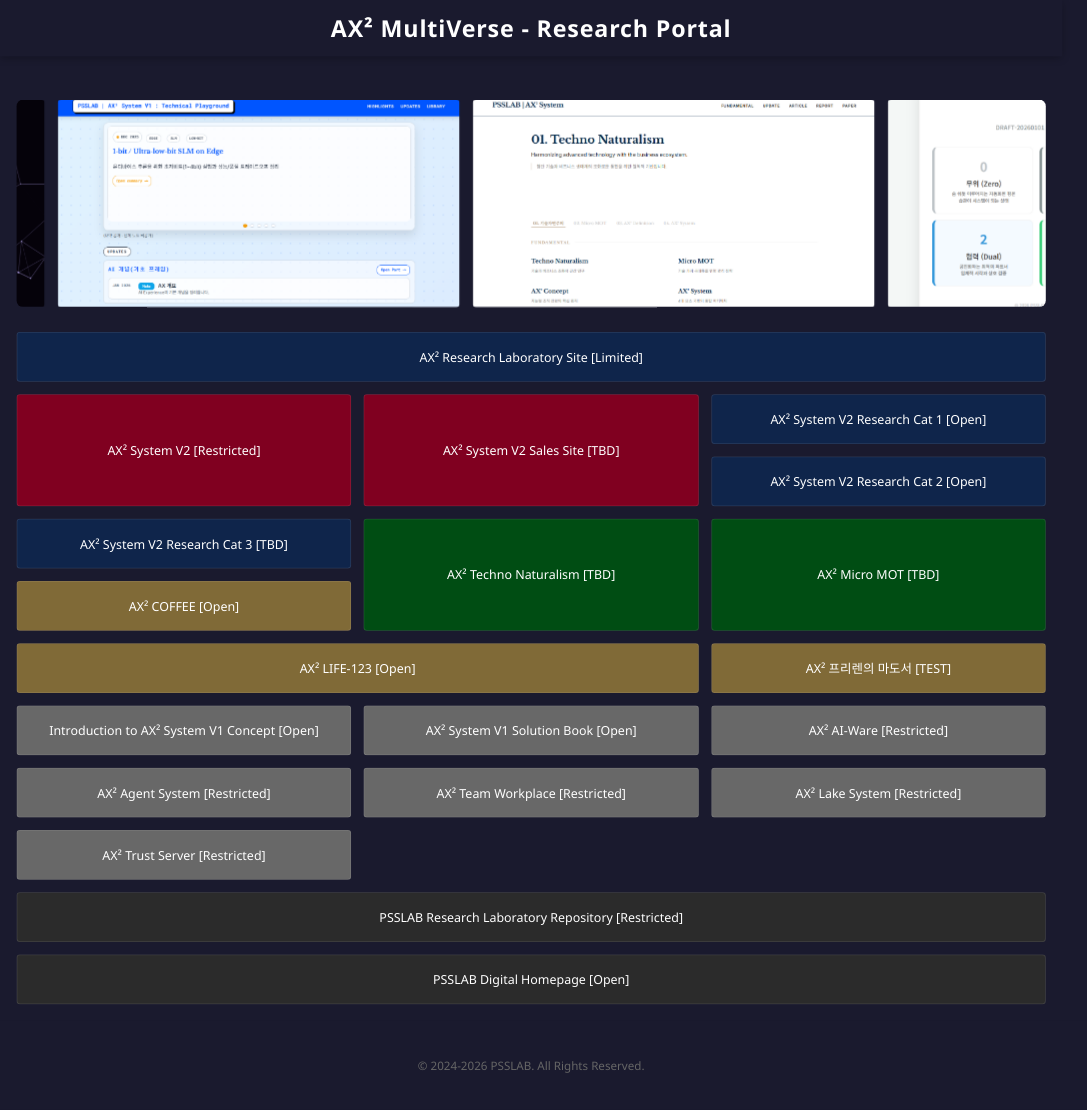
Repository: hycse89/PSSLAB_OpenSite
Page: psslab_multiverse_v3.html
The author's editor kept a copy of each file at every save. The page is drawn from the files as they stood at one save, then again after the next save.
The browser window is 1280 px wide. The page is 1310 px wide, so the pictures cover 1310 px, including what lies to the right of the window. The pictures show the whole page, at 83% of full size.

Above is the page before, as saved 2026-01-11 22:33:56.

### psslab_multiverse_v3.html
<!DOCTYPE html>
<html lang="en">
<head>
    <meta charset="UTF-8">
    <meta name="viewport" content="width=device-width, initial-scale=1.0">
    <title>PSSLAB MultiVerse Campus - Mondrian Edition</title>

    <link rel="icon" type="image/png" href="favicon.png">

    <style>
        /* General Page Styles */
        body {
            margin: 0;
            background-color: #1a1a2e;
            font-family: 'Segoe UI', Arial, sans-serif;
            display: flex;
            flex-direction: column;
            align-items: center;
            min-height: 100vh;
            color: #ffffff;
        }

        /* Fixed Header */
        .header {
            position: fixed;
            top: 0;
            left: 0;
            width: 100%;
            background-color: #1a1a2e;
            color: #ffffff;
            z-index: 1000;
            padding: 15px 0;
            box-shadow: 0 2px 10px rgba(0,0,0,0.3);
        }

        .header h1 {
            font-size: 28px;
            margin: 0;
            text-align: center;
            letter-spacing: 1px;
        }

        /* Main content container */
        .main-content {
            margin-top: 100px;
            width: 100%;
            max-width: 1400px;
            display: flex;
            flex-direction: column;
            align-items: center;
            padding: 20px;
            box-sizing: border-box;
        }

        /* Image Slider Container */
        .slider-container {
            width: 100%;
            overflow: hidden;
            margin-bottom: 30px;
            border-radius: 8px;
        }

        .slider-wrapper {
            display: flex;
            width: calc(500px * 13);
            animation: scroll 60s linear infinite;
        }

        .slider-image {
            width: 500px;
            height: 250px;
            flex-shrink: 0;
            padding: 0 8px;
            box-sizing: border-box;
        }

        .slider-image img {
            width: 100%;
            height: 100%;
            object-fit: cover;
            border-radius: 4px;
        }

        @keyframes scroll {
            0% { transform: translateX(0); }
            100% { transform: translateX(calc(-500px * 11)); }
        }

        /* --- Mondrian Grid Layout System --- */
        .link-container {
            display: grid;
            /* 최소 너비 350px 확보 */
            grid-template-columns: repeat(auto-fill, minmax(350px, 1fr));
            /* 60px 단위의 눈금 설정 */
            grid-auto-rows: 60px;
            gap: 15px;
            width: 100%;
            /* 빈 공간을 최적으로 메워주는 설정 */
            grid-auto-flow: dense;
        }

        /* Link Button Base Style */
        .link-button {
            display: flex;
            align-items: center;
            justify-content: center;
            padding: 20px;
            font-size: 15px;
            color: white;
            text-decoration: none;
            border-radius: 4px;
            transition: all 0.3s cubic-bezier(0.25, 0.8, 0.25, 1);
            text-align: center;
            box-sizing: border-box;
            line-height: 1.4;
            border: 1px solid rgba(255,255,255,0.1);
        }

        .link-button:hover {
            transform: scale(1.01);
            filter: brightness(1.2);
            box-shadow: 0 5px 15px rgba(0,0,0,0.3);
            z-index: 2;
        }

        /* --- Mondrian Size Classes (Proportional) --- */
        /* 가로 비중 */
        .w-1 { grid-column: span 1; }
        .w-2 { grid-column: span 2; }
        .w-3 { grid-column: span 3; }

        /* 세로 비중 (60px의 배수) */
        .h-1 { grid-row: span 1; } /* 120px + gap */
        .h-2 { grid-row: span 2; } /* 240px + gap */
        .h-3 { grid-row: span 3; } /* 360px + gap */

        /* 특수 크기: 제목 강조형 */
        .size-hero { grid-column: span 2; grid-row: span 4; font-size: 1.2rem; font-weight: bold; }

        /* Button Colors */
        .color-1 { background-color: #0F254B; }
        .color-2 { background-color: #800020; }
        .color-3 { background-color: #806a37; }
        .color-4 { background-color: #2b2b2b; }
        .color-5 { background-color: #686868; }
        .color-6 { background-color: #004d13; }

        footer {
            width: 100%;
            padding: 30px;
            text-align: center;
            background-color: #1a1a2e;
            color: #666;
            font-size: 14px;
        }

        /* Responsive */
        @media (max-width: 768px) {
            .link-container { grid-template-columns: 1fr; }
            .w-2, .h-2, .h-3, .size-hero { grid-column: span 1; grid-row: span 2; }
        }
    </style>
</head>
<body>

    <header class="header">
        <h1>AX² MultiVerse - Research Portal</h1>
    </header>

    <main class="main-content">
        <div class="slider-container">
            <div class="slider-wrapper">
                <div class="slider-image"><img src="./images/Image2.png" alt="2"></div>
                <div class="slider-image"><img src="./images/Image21.png" alt="21"></div>
                <div class="slider-image"><img src="./images/Image22.png" alt="22"></div>
                <div class="slider-image"><img src="./images/Image31.png" alt="31"></div>
                <div class="slider-image"><img src="./images/Image32.png" alt="32"></div>
                <div class="slider-image"><img src="./images/Image11.png" alt="11"></div>
                <div class="slider-image"><img src="./images/Image3.png" alt="3"></div>
                <div class="slider-image"><img src="./images/Image4.png" alt="4"></div>
                <div class="slider-image"><img src="./images/Image5.png" alt="5"></div>
                <div class="slider-image"><img src="./images/Image1.png" alt="1"></div>
                <div class="slider-image"><img src="./images/Image2.png" alt="2"></div>
            </div>
        </div>

        <div class="link-container">
            <a href="https://hycse89.github.io/PSSLAB_OpenSite/ax2_research_lab/" class="link-button color-1 w-3 h-1">AX² Research Laboratory Site [Limited]</a>

            <a href="http://localhost:8008" class="link-button color-2 w-1 h-2">AX² System V2 [Restricted]</a>
            <a href="ax2_sales/index.html" class="link-button color-2 w-1 h-2">AX² System V2 Sales Site [TBD]</a>

            <a href="ax2_v1_20260101/index.html" class="link-button color-1 h-1">AX² System V2 Research Cat 1 [Open]</a>
            <a href="ax2_v2_20260101/index.html" class="link-button color-1 h-1">AX² System V2 Research Cat 2 [Open]</a>
            <a href="ax2_v3_20260101/index.html" class="link-button color-1 h-1">AX² System V2 Research Cat 3 [TBD]</a>

            <a href="http://localhost:8001/utils/markdown_viewer.html?file=/ax_research/doc/doc_ax_techno_naturalism_v5.md" class="link-button color-6 h-2">AX² Techno Naturalism [TBD]</a>
            <a href="http://localhost:8001/utils/markdown_viewer.html?file=/ax_research/doc/doc_ax_micro_mot_v2.md" class="link-button color-6 h-2">AX² Micro MOT [TBD]</a>


            <a href="http://localhost:8001/ax_site/ax2_life_123/index.html" class="link-button color-3 w-2 h-1">AX² LIFE-123 [Open]</a>
            <a href="http://localhost:8001/ax_site/ax2_coffee/index.html" class="link-button color-3 h-1">AX² COFFEE [Open]</a>
            <a href="http://localhost:8001/ax_site/ax2_frieren/index.html" class="link-button color-3 h-1">AX² 프리렌의 마도서 [TEST]</a>

            <a href="ax2_v1_concept/ax2_homepage.html" class="link-button color-5 h-1">Introduction to AX² System V1 Concept [Open]</a>
            <a href="ax2_v1_concept/solution_book/index.html" class="link-button color-5 h-1">AX² System V1 Solution Book [Open]</a>
            <a href="http://localhost:8002" class="link-button color-5 w-1 h-1">AX² AI-Ware [Restricted]</a>
            <a href="http://localhost:8003" class="link-button color-5 w-1 h-1">AX² Agent System [Restricted]</a>
            <a href="http://localhost:8007" class="link-button color-5 w-1 h-1">AX² Team Workplace [Restricted]</a>
            <a href="http://localhost:8004" class="link-button color-5 w-1 h-1">AX² Lake System [Restricted]</a>
            <a href="http://localhost:8005" class="link-button color-5 w-1 h-1">AX² Trust Server [Restricted]</a>

            <a href="https://github.com/hycse89" class="link-button color-4 w-3 h-1">PSSLAB Research Laboratory Repository [Restricted]</a>
            <a href="http://www.psslab.co.kr" class="link-button color-4 w-3 h-1">PSSLAB Digital Homepage [Open]</a>
        </div>
    </main>

    <footer>
        <p>&copy; 2024-2026 PSSLAB. All Rights Reserved.</p>
    </footer>

</body>
</html>

After the next save:
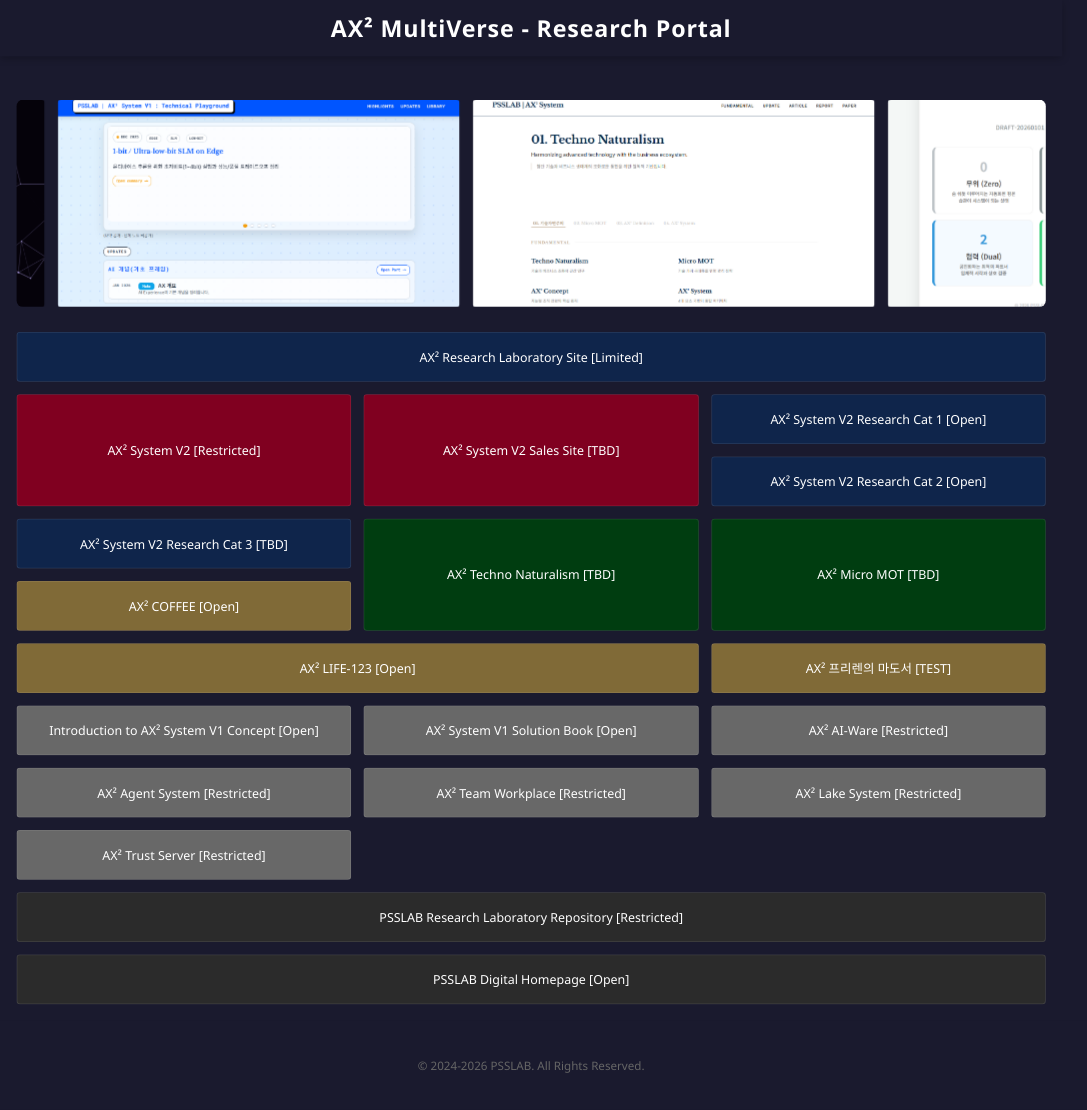
Saved 24 s later.
--- a/psslab_multiverse_v3.html
+++ b/psslab_multiverse_v3.html
@@ -143,7 +143,7 @@
         .color-3 { background-color: #806a37; }
         .color-4 { background-color: #2b2b2b; }
         .color-5 { background-color: #686868; }
-        .color-6 { background-color: #004d13; }
+        .color-6 { background-color: #003d10; }
 
         footer {
             width: 100%;
